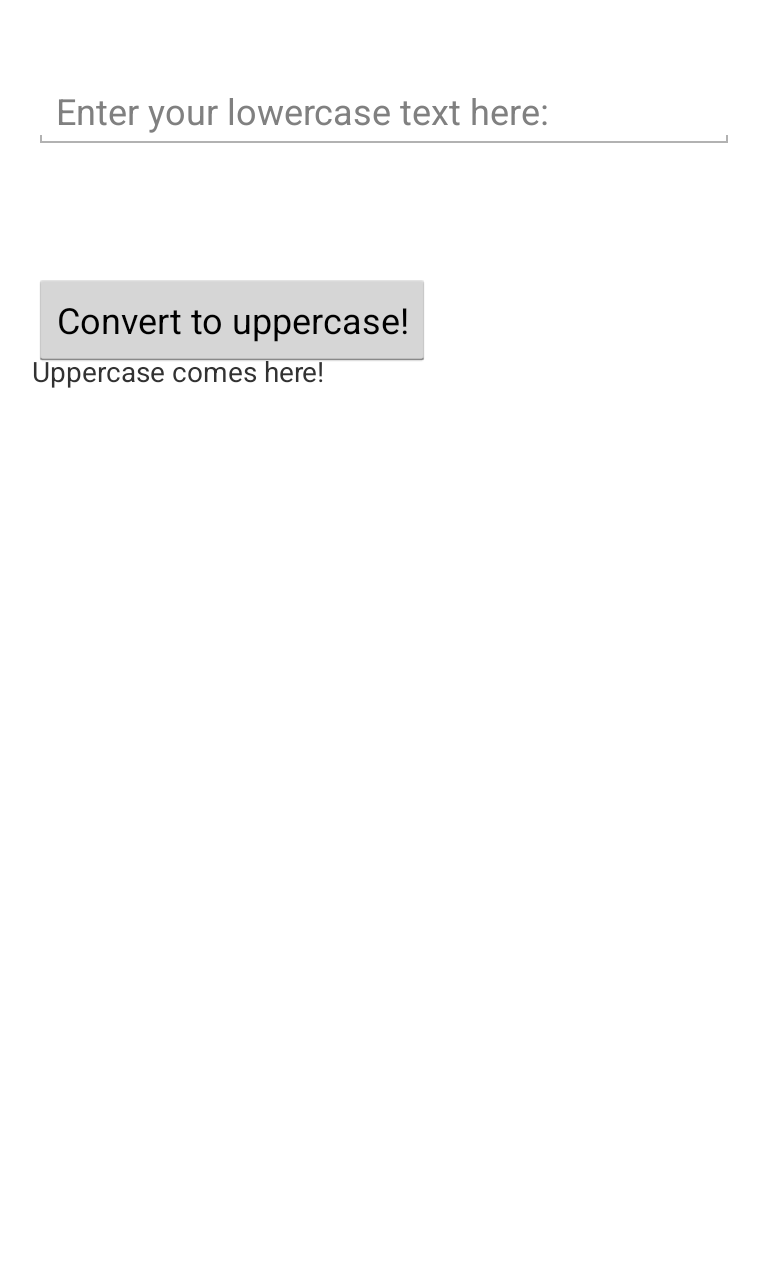
Repository: worxli/DS-Assigment3
Layout: VS-lukasbi-capitalize/res/layout/activity_main.xml
An editor plug-in stored every save of this project. The layout is shown before and after the next save, followed by the edit.
It is drawn on a 768 x 1280 px phone screen (xhdpi) without system bars, with theme AppTheme; the app's code is not run.

Above is the layout before, as saved 2013-10-31 11:05:42.

### VS-lukasbi-capitalize/res/layout/activity_main.xml
<RelativeLayout xmlns:android="http://schemas.android.com/apk/res/android"
    xmlns:tools="http://schemas.android.com/tools"
    android:layout_width="match_parent"
    android:layout_height="match_parent"
    android:paddingBottom="@dimen/activity_vertical_margin"
    android:paddingLeft="@dimen/activity_horizontal_margin"
    android:paddingRight="@dimen/activity_horizontal_margin"
    android:paddingTop="@dimen/activity_vertical_margin"
    tools:context=".MainActivity" >

    <TextView
        android:id="@+id/uppercase"
        android:layout_width="wrap_content"
        android:layout_height="wrap_content"
        android:layout_alignParentTop="true"
        android:layout_marginTop="160dp"
        android:text="Uppercase comes here!" />

    <EditText
        android:id="@+id/lowercase"
        android:layout_width="match_parent"
        android:layout_height="wrap_content"
        android:layout_alignParentTop="true"
        android:layout_centerHorizontal="true"
        android:layout_marginTop="20dp"
        android:ems="6"
        android:hint="@string/info" />

    <Button
        android:id="@+id/convert"
        android:layout_width="wrap_content"
        android:layout_height="wrap_content"
        android:layout_marginTop="120dp"
        android:onClick="convert"
        android:text="Convert to uppercase!" />

</RelativeLayout>

### VS-lukasbi-capitalize/res/values/strings.xml
<?xml version="1.0" encoding="utf-8"?>
<resources>

    <string name="app_name">VS-lukasbi-capitalize</string>
    <string name="action_settings">Settings</string>
    <string name="info">Enter your lowercase text here:</string>

</resources>

Loaded but not shown: VS-lukasbi-capitalize/res/values/styles.xml (common file); VS-lukasbi-capitalize/res/values-v11/styles.xml (common file); VS-lukasbi-capitalize/res/values-v14/styles.xml (common file); VS-lukasbi-capitalize/res/values/dimens.xml (common file)

After the next save:
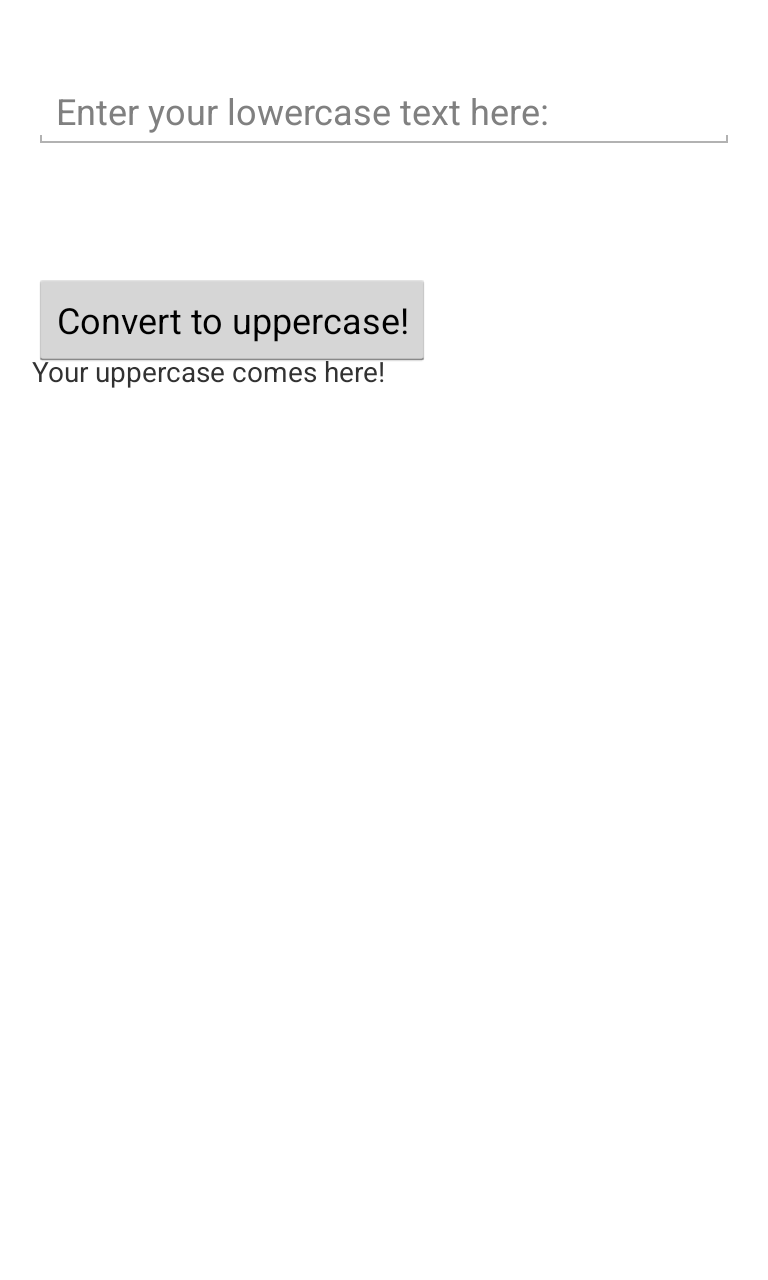
Saved 9 s later.
--- a/VS-lukasbi-capitalize/res/layout/activity_main.xml
+++ b/VS-lukasbi-capitalize/res/layout/activity_main.xml
@@ -14,7 +14,7 @@
         android:layout_height="wrap_content"
         android:layout_alignParentTop="true"
         android:layout_marginTop="160dp"
-        android:text="Uppercase comes here!" />
+        android:text="Your uppercase comes here!" />
 
     <EditText
         android:id="@+id/lowercase"
